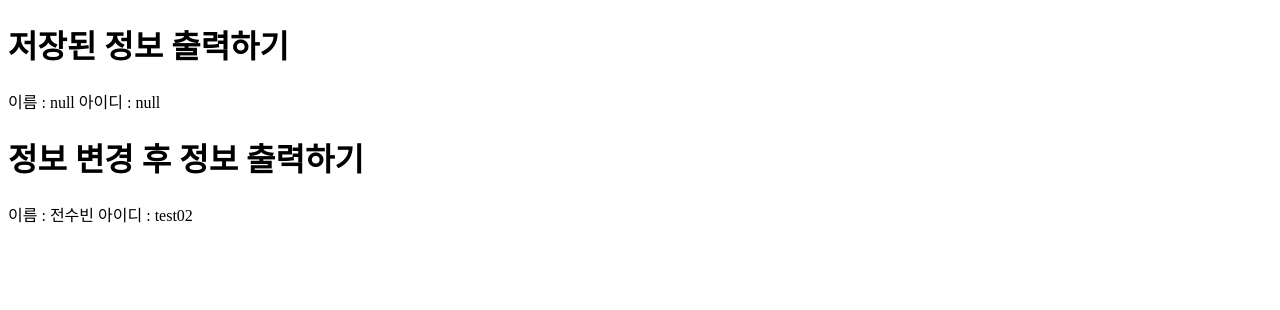
Repository: yjeongyjeong/jsp
Page: http://localhost/web-study-06/01_useBeanDemo.jsp
An editor plug-in stored every save of this project. The page is shown before and after the next save, followed by the edit.
The browser window is 1280 px wide. The pictures show the whole page.
The page is served by Tomcat 9.

Above is the page before, as saved 2023-10-12 00:57:17.

After the next save:
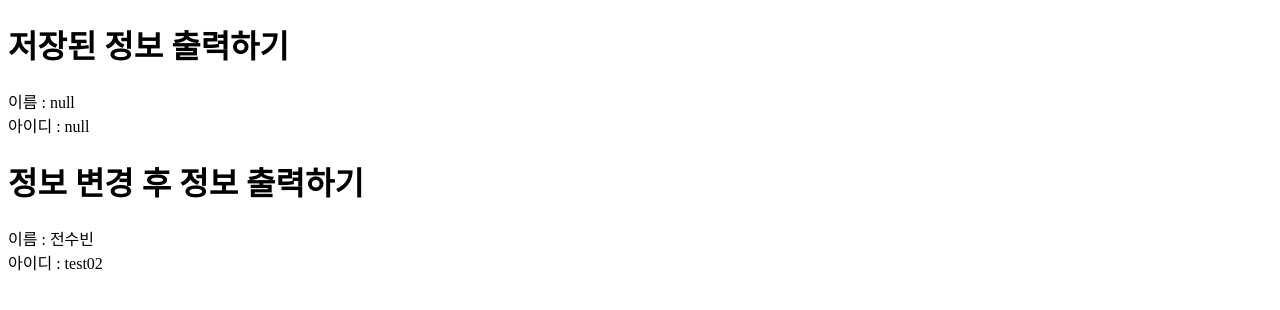
Saved 4 min 9 s later.
--- a/web-study-06/src/main/webapp/01_useBeanDemo.jsp
+++ b/web-study-06/src/main/webapp/01_useBeanDemo.jsp
@@ -9,7 +9,7 @@
 <body>
 	<jsp:useBean id="member" class="com.saeyan.javabeans.MemberBean" />
 	<h1>저장된 정보 출력하기</h1>
-	이름 : <%=member.getName()%>
+	이름 : <%=member.getName()%><br>
 	아이디 :	<%=member.getUserid()%>	<br>
 
 	<h1>정보 변경 후 정보 출력하기</h1>
@@ -17,7 +17,7 @@
 		member.setName("전수빈");
 		member.setUserid("test02");
 	%>
-	이름 : <%=member.getName()%>
+	이름 : <%=member.getName()%><br>
 	아이디 :	<%=member.getUserid()%>	<br>
 
 </body>
